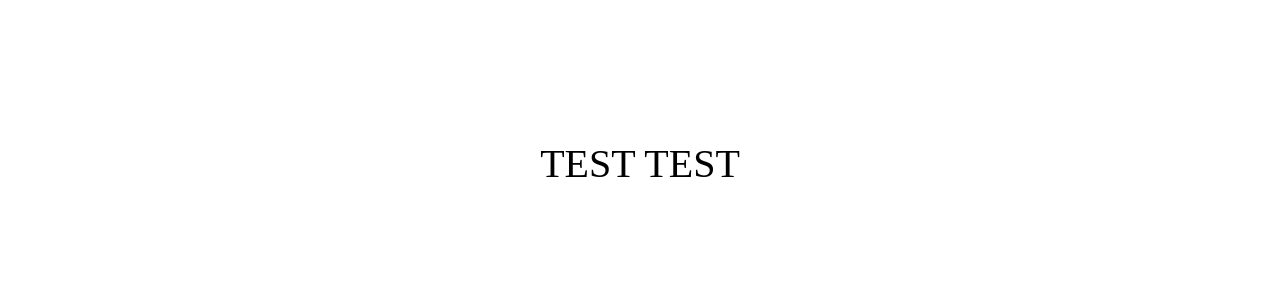
Repository: dreadlocker/testingOnPhones
Page: index.html
An editor plug-in stored every save of this project. The page is shown before and after the next save, followed by the edit.
The browser window is 1280 px wide. The pictures show the whole page.

Above is the page before, as saved 2018-06-01 16:20:17.

### index.html
<!DOCTYPE html>
<html lang="en">

<head>
    <meta charset="UTF-8">
    <meta name="HandheldFriendly" content="true">
    <meta http-equiv="X-UA-Compatible" content="ie=edge">
    <script src="https://ajax.googleapis.com/ajax/libs/jquery/3.3.1/jquery.min.js"></script>
    <title>Safari on iPhone X</title>

    <!-- <meta name="viewport" content="width=device-width, initial-scale=1.0"> -->
    <!-- <meta name="viewport" content="width=device-width, initial-scale=1.0, maximum-scale=1.0, user-scalable=0" /> -->
    <!-- <meta name="viewport" content="width=640px, initial-scale=.5, maximum-scale=.5" /> -->
    <!-- <meta name="viewport" content="width=device-width, initial-scale=1.0, maximum-scale=1.0, user-scalable=no" /> -->
    <!-- <meta name="viewport" content="width=640px, initial-scale=.5, maximum-scale=.5" /> -->
    <!-- <meta name="viewport" content="width=device-width, initial-scale=1.0, maximum-scale=1"> -->
    <!-- <meta name="viewport" content="width=device-width, initial-scale=1.0, maximum-scale=1.0, user-scalable=no" /> -->
    <!-- <meta name="viewport" content="width=device-width, initial-scale=1.0, shrink-to-fit=no"> -->
    <!-- <meta name="viewport" content="user-scalable=no" /> -->

</head>

<body>
    <p style="text-align: center; font-size: 40px; padding-top: 100px;">TEST TEST  </p>

    <script>
        // document.addEventListener('gesturestart', function (e) {
        //     e.preventDefault();
        // });
    </script>
    <style>
    </style>
</body>

</html>

After the next save:
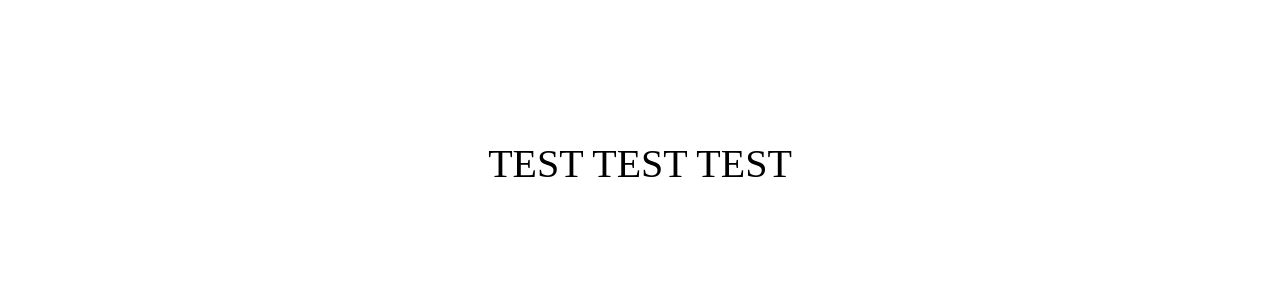
Saved 97 s later.
--- a/index.html
+++ b/index.html
@@ -17,11 +17,11 @@
     <!-- <meta name="viewport" content="width=device-width, initial-scale=1.0, maximum-scale=1.0, user-scalable=no" /> -->
     <!-- <meta name="viewport" content="width=device-width, initial-scale=1.0, shrink-to-fit=no"> -->
     <!-- <meta name="viewport" content="user-scalable=no" /> -->
-
+    <meta name="viewport" content="width=device-width, initial-scale=1, maximum-scale=1, user-scalable=0"/>
 </head>
 
 <body>
-    <p style="text-align: center; font-size: 40px; padding-top: 100px;">TEST TEST  </p>
+    <p style="text-align: center; font-size: 40px; padding-top: 100px;">TEST TEST TEST </p>
 
     <script>
         // document.addEventListener('gesturestart', function (e) {

After the 3 saves that followed:
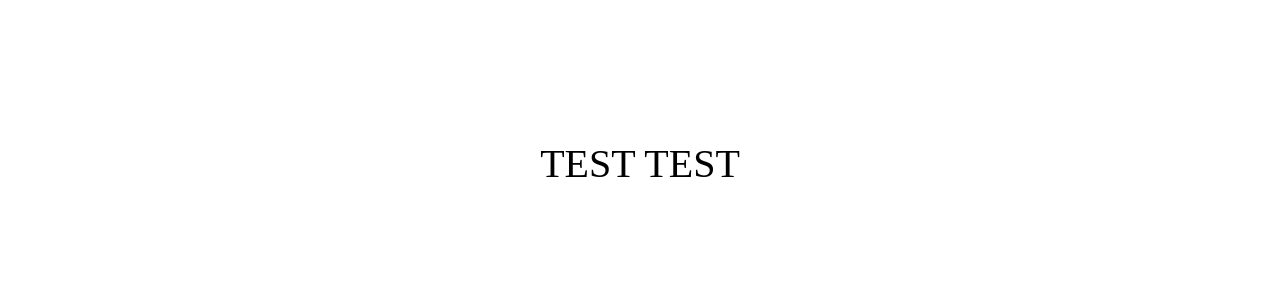
The 3 saves are shown as one change because 2 left the picture as it was.
The last was saved 5 min 54 s later.
--- a/index.html
+++ b/index.html
@@ -17,11 +17,12 @@
     <!-- <meta name="viewport" content="width=device-width, initial-scale=1.0, maximum-scale=1.0, user-scalable=no" /> -->
     <!-- <meta name="viewport" content="width=device-width, initial-scale=1.0, shrink-to-fit=no"> -->
     <!-- <meta name="viewport" content="user-scalable=no" /> -->
-    <meta name="viewport" content="width=device-width, initial-scale=1, maximum-scale=1, user-scalable=0"/>
+    <!-- <meta name="viewport" content="width=device-width, initial-scale=1, maximum-scale=1, user-scalable=0" /> -->
+    <meta name="viewport" content="width = 320, initial-scale = 1, user-scalable = no">
 </head>
 
 <body>
-    <p style="text-align: center; font-size: 40px; padding-top: 100px;">TEST TEST TEST </p>
+    <p style="text-align: center; font-size: 40px; padding-top: 100px;">TEST TEST  </p>
 
     <script>
         // document.addEventListener('gesturestart', function (e) {
